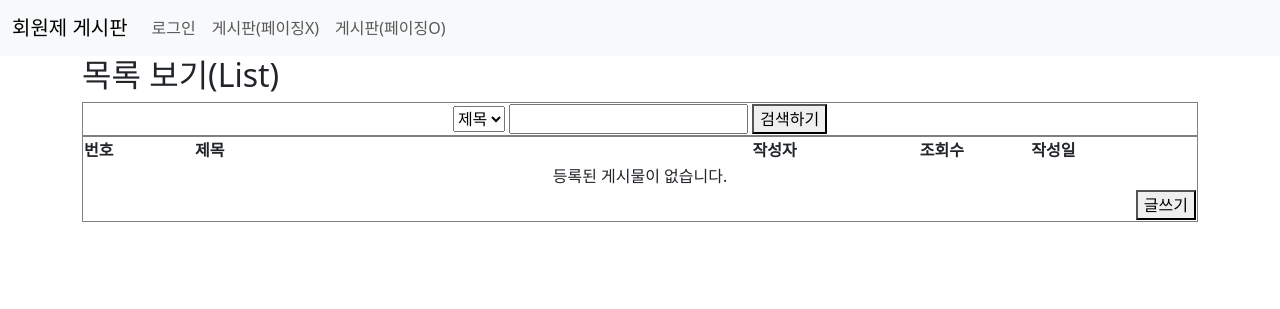
Repository: jungwoonAn/jsp_basic
Page: http://localhost/MustHaveJSP/09_PagingBoard/List.jsp
These files come from the project's save history. The page is drawn as it stood at one moment and after the next save; the edit follows.
The browser window is 1280 px wide. The pictures show the whole page.
The page is served by Tomcat 10. Other server files are loaded and not shown. Queries for data that is not in the repository find no rows.

Above is the page before, as saved 2024-10-22 08:48:12.

### MustHaveJSP/src/main/webapp/09_PagingBoard/List.jsp
<%@page import="model1.board.BoardVO"%>
<%@page import="java.util.List"%>
<%@page import="java.util.HashMap"%>
<%@page import="java.util.Map"%>
<%@page import="model1.board.BoardDAO"%>
<%@ page language="java" contentType="text/html; charset=UTF-8"
    pageEncoding="UTF-8"%>
<%
// DAO 생성하여 DB 연결
BoardDAO bDao = new BoardDAO(application);

// 사용자가 입력한 검색 조건을 Map에 저장
Map<String, Object> param = new HashMap<String, Object>();
String searchField = request.getParameter("searchField");
String searchWord = request.getParameter("searchWord");
if(searchWord != null){
	param.put("searchField", searchField);
	param.put("searchWord", searchWord);
}

int totalCount = bDao.selectCount(param);  // 게시물 수 확인
List<BoardVO> boardList = bDao.selectList(param);  // 게시물 목록 받기
bDao.close();  // DB 연결 닫기
%>
<!DOCTYPE html>
<html>
<head>
<meta charset="UTF-8">
<title>회원제 게시판</title>
<link rel="stylesheet" href="https://cdn.jsdelivr.net/npm/bootstrap@5.3.3/dist/css/bootstrap.min.css">
</head>
<body>
	<jsp:include page="../Common/BSLink.jsp" />

	<div class="container">
		<h2>목록 보기(List)</h2>
		<!-- 검색 폼 -->
		<!-- form태그에 action이 없으면 어디로?? => 직전화면으로 이동 -->
		<form method="get">
			<table border="1" width="100%">
				<tr>
					<td style="text-align:center;">
						<select name="searchField">
							<option value="title">제목</option>
							<option value="content">내용</option>
						</select>
						<input type="text" name="searchWord">
						<button type="submit">검색하기</button>
					</td>
				</tr>
			</table>
		</form>
		<!-- 게시물 목록 테이블 -->
		<table border="1" width="100%">
			<thead>
				<tr>
					<th width="10%">번호</th>
					<th width="50%">제목</th>
					<th width="15%">작성자</th>
					<th width="10%">조회수</th>
					<th width="15%">작성일</th>
				</tr>
			</thead>
		<%
		if(boardList.isEmpty()){
			// 게시물이 없을 때
		%>
			<tbody>
				<tr>
					<td colspan="5" style="text-align:center;">등록된 게시물이 없습니다.</td>
				</tr>
			</tbody>
		<%
		}else {
			// 게시물이 있을 때
			int virtualNum = 0;  // 화면상 게시물 번호
			for(BoardVO bVo : boardList){
				virtualNum = totalCount--;  // 전체 게시물 수에서 시작해 1씩 감소
			%>
				<tbody>
					<tr style="text-align:center;">
						<td><%= virtualNum %></td>
						<td>
							<a href="View.jsp?num=<%= bVo.getNum() %>"><%= bVo.getTitle() %></a>
						</td>
						<td><%= bVo.getId() %></td>
						<td><%= bVo.getVisitcount() %></td>
						<td><%= bVo.getPostdate() %></td>
					</tr>
				</tbody>

			<%
			}
		}
		%>
			<!-- 목록 하단의 글쓰기 버튼 -->
			<tfoot>
				<tr>
					<td colspan="5" style="text-align:right;">
						<button type="button" onclick="location.href='Write.jsp';">글쓰기</button>
					</td>
				</tr>
			</tfoot>
		</table>
	</div>

	<script src="https://cdn.jsdelivr.net/npm/@popperjs/core@2.11.8/dist/umd/popper.min.js"></script>
	<script src="https://cdn.jsdelivr.net/npm/bootstrap@5.3.3/dist/js/bootstrap.min.js"></script>
</body>
</html>

### MustHaveJSP/src/main/webapp/Common/BSLink.jsp
<%@ page language="java" contentType="text/html; charset=UTF-8"
    pageEncoding="UTF-8"%>
<nav class="navbar navbar-expand-lg bg-body-tertiary">
  <div class="container-fluid">
    <a class="navbar-brand" href="List.jsp">회원제 게시판</a>
    <button class="navbar-toggler" type="button" data-bs-toggle="collapse" data-bs-target="#navbarNav" aria-controls="navbarNav" aria-expanded="false" aria-label="Toggle navigation">
      <span class="navbar-toggler-icon"></span>
    </button>
    <div class="collapse navbar-collapse" id="navbarNav">
      <ul class="navbar-nav">
        <!-- 로그인 여부에 따른 메뉴 변화 -->
		<% if(session.getAttribute("UserId")==null) {
		%>
			<li class="nav-item">
	          <a class="nav-link" href="../Common/LoginForm.jsp">로그인</a>
	        </li>
		<%
		}else {
		%>
			<li class="nav-item">
	          <a class="nav-link" href="../Common/Logout.jsp">로그아웃</a>
	        </li>
		<%
		}
		%>
        <li class="nav-item">
          <a class="nav-link" href="../BS_Board/List.jsp">게시판(페이징X)</a>
        </li>
        <li class="nav-item">
          <a class="nav-link" href="../09_PagingBoard/List.jsp">게시판(페이징O)</a>
        </li>
      </ul>
    </div>
  </div>
</nav>

### MustHaveJSP/src/main/java/model1/board/BoardDAO.java
package model1.board;

import java.util.ArrayList;
import java.util.List;
import java.util.Map;

import common.JDBConnect;
import jakarta.servlet.ServletContext;

public class BoardDAO extends JDBConnect {

	// 0.DB 연결
	public BoardDAO(ServletContext application) {
		super(application);
	}

	// 1-1.게시물 개수 세기
	public int selectCount(Map<String, Object> map) {
		int totalCount = 0;  // 결과(게시물 수)를 담을 변수

		// 모든 게시물 수를 얻어오는 쿼리
		String sql = "select count(*) from board";

		// 검색 조회 : select count(*) from board where title like '%지금은%';
		if(map.get("searchWord") != null) {
			sql += " where " + map.get("searchField") + " "
					+ " like '%" + map.get("searchWord") + "%'";
		}

		try {
			stmt = conn.createStatement();  //쿼리문 생성
			rs = stmt.executeQuery(sql);  // 쿼리 실행
			rs.next();  // 커서를 첫번째 생으로 이동
			totalCount = rs.getInt(1);  // 첫번째 컬럼 값을 가져옴
		}catch(Exception e) {
			System.out.println("게시물 수를 구하는 중 예외 발생");
			e.printStackTrace();
		}

		return totalCount;
	}

	// 1-2.게시물 목록 가져오기
	public List<BoardVO> selectList(Map<String, Object> map){
		List<BoardVO> list = new ArrayList<BoardVO>();  // 결과(게시물 목록)를 담을 변수

		// 모든 게시물 조회
		String sql = "select * from board";

		// 검색 조회 : select * from board where title like '%지금은%';
		if(map.get("searchWord") != null) {
			sql += " where " + map.get("searchField") + " "
					+ " like '%" + map.get("searchWord") + "%'";
		}
		sql += " order by num desc";

		try {
			stmt = conn.createStatement();
			rs = stmt.executeQuery(sql);

			while(rs.next()) {
				// 한 행(게시물 하나)의 내용을 VO에 저장
				BoardVO bVo = new BoardVO();

				bVo.setNum(rs.getString("num"));
				bVo.setTitle(rs.getString("title"));
				bVo.setContent(rs.getString("content"));
				bVo.setPostdate(rs.getDate("postdate"));
				bVo.setId(rs.getString("id"));
				bVo.setVisitcount(rs.getString("visitcount"));

				list.add(bVo);
			}
		}catch(Exception e) {
			System.out.println("게시물 조회 중 예외 발생");
			e.printStackTrace();
		}

		return list;
	}

	// 1-3.게시물 목록 가져오기(페이징 기능 추가)
	public List<BoardVO> selectListPage(Map<String, Object> map){
		List<BoardVO> list = new ArrayList<BoardVO>();  // 결과(게시물 목록)를 담을 변수

		// 모든 게시물 조회
		String sql = "select * from ("
				+ "		select Tb.*, rownum rNum from ("
				+ "			select * from board";

		// 검색 조회 : select * from board where title like '%지금은%';
		if(map.get("searchWord") != null) {
			sql += " where " + map.get("searchField") + " "
					+ " like '%" + map.get("searchWord") + "%'";
		}
		sql += "		order by num desc"
			+ "    ) Tb"
			+ ") where rNum between ? and ?";

		try {
			// 동적 쿼리문
			pstmt = conn.prepareStatement(sql);
			pstmt.setString(1, map.get("start").toString());
			pstmt.setString(2, map.get("end").toString());
			rs = pstmt.executeQuery();

			while(rs.next()) {
				// 한 행(게시물 하나)의 내용을 VO에 저장
				BoardVO bVo = new BoardVO();

				bVo.setNum(rs.getString("num"));
				bVo.setTitle(rs.getString("title"));
				bVo.setContent(rs.getString("content"));
				bVo.setPostdate(rs.getDate("postdate"));
				bVo.setId(rs.getString("id"));
				bVo.setVisitcount(rs.getString("visitcount"));

				list.add(bVo);
			}
		}catch(Exception e) {
			System.out.println("게시물 조회 중 예외 발생");
			e.printStackTrace();
		}

		return list;
	}

	// 2.작성한 글 받아 DB에 추가
	public int insertWrite(BoardVO bVo) {
		int result = 0;

		try {
			// insert 쿼리
			String sql = "insert into board(num, title, content, id, visitcount) "+
						"values(seq_board_num.nextval, ?, ?, ?, 0)";

			pstmt = conn.prepareStatement(sql);  // 동적 쿼리
			pstmt.setString(1, bVo.getTitle());
			pstmt.setString(2, bVo.getContent());
			pstmt.setString(3, bVo.getId());

			result = pstmt.executeUpdate();  // 쿼리 성공하면 추가한 행 개수 반환
		}catch(Exception e) {
			System.out.println("게시물 입력 중 예외 발생");
			e.printStackTrace();
		}

		return result;
	}

	// 3-1.선택한 게시물 찾아 내용 반환
	public BoardVO selectView(String num) {
		BoardVO bVo = new BoardVO();

		// 쿼리문
		String sql = "select B.*, M.name from member M, board B where M.id=B.id and num=?";

		try {
			pstmt = conn.prepareStatement(sql);
			pstmt.setString(1, num);  // 인파라미터를 일련번호로 설정
			rs = pstmt.executeQuery();

			// 결과 처리
			if(rs.next()) {
				bVo.setNum(rs.getString("num"));
				bVo.setTitle(rs.getString("title"));
				bVo.setContent(rs.getString("content"));
				bVo.setPostdate(rs.getDate("postdate"));
				bVo.setId(rs.getString("id"));
				bVo.setVisitcount(rs.getString("visitcount"));
				bVo.setName(rs.getString("name"));
			}
		}catch(Exception e) {
			System.out.println("게시물 상세보기 중 예외 발생");
			e.printStackTrace();
		}

		return bVo;
	}

	// 3-2.선택한 게시물의 조회수 1증가
	public void updateVisitCount(String num) {
		// 쿼리문
		String sql = "update board set visitcount=visitcount+1 where num=?";

		try {
			pstmt = conn.prepareStatement(sql);
			pstmt.setString(1, num);
			pstmt.executeUpdate();
		}catch(Exception e) {
			System.out.println("게시물 조회수 증가 중 예외 발생");
			e.printStackTrace();
		}
	}

	// 4.선택한 게시물 수정
	public int updateEdit(BoardVO bVo) {
		int result = 0;

		try {
			// 쿼리문
			String sql = "update board set title=?, content=? where num=?";

			pstmt = conn.prepareStatement(sql);
			pstmt.setString(1, bVo.getTitle());
			pstmt.setString(2, bVo.getContent());
			pstmt.setString(3, bVo.getNum());
			result = pstmt.executeUpdate();
		}catch(Exception e) {
			System.out.println("게시물 수정 중 예외 발생");
			e.printStackTrace();
		}

		return result;
	}

	// 5.선택한 게시물 삭제
	public int deletePost(BoardVO bVo) {
		int result = 0;

		try {
			// 쿼리문
			String sql = "delete from board where num=?";

			pstmt = conn.prepareStatement(sql);
			pstmt.setString(1, bVo.getNum());
			result = pstmt.executeUpdate();

		}catch(Exception e) {
			System.out.println("게시물 삭제 중 예외 발생");
			e.printStackTrace();
		}

		return result;
	}
}

After the next save:
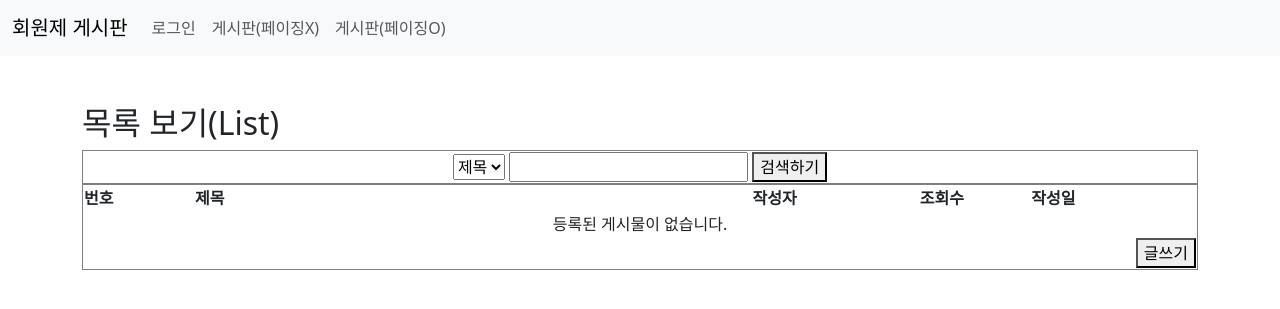
Saved 22 s later.
--- a/MustHaveJSP/src/main/webapp/09_PagingBoard/List.jsp
+++ b/MustHaveJSP/src/main/webapp/09_PagingBoard/List.jsp
@@ -33,7 +33,7 @@ bDao.close();  // DB 연결 닫기
 	<jsp:include page="../Common/BSLink.jsp" />
 
 	<div class="container">
-		<h2>목록 보기(List)</h2>
+		<h2 class="mt-5">목록 보기(List)</h2>
 		<!-- 검색 폼 -->
 		<!-- form태그에 action이 없으면 어디로?? => 직전화면으로 이동 -->
 		<form method="get">
